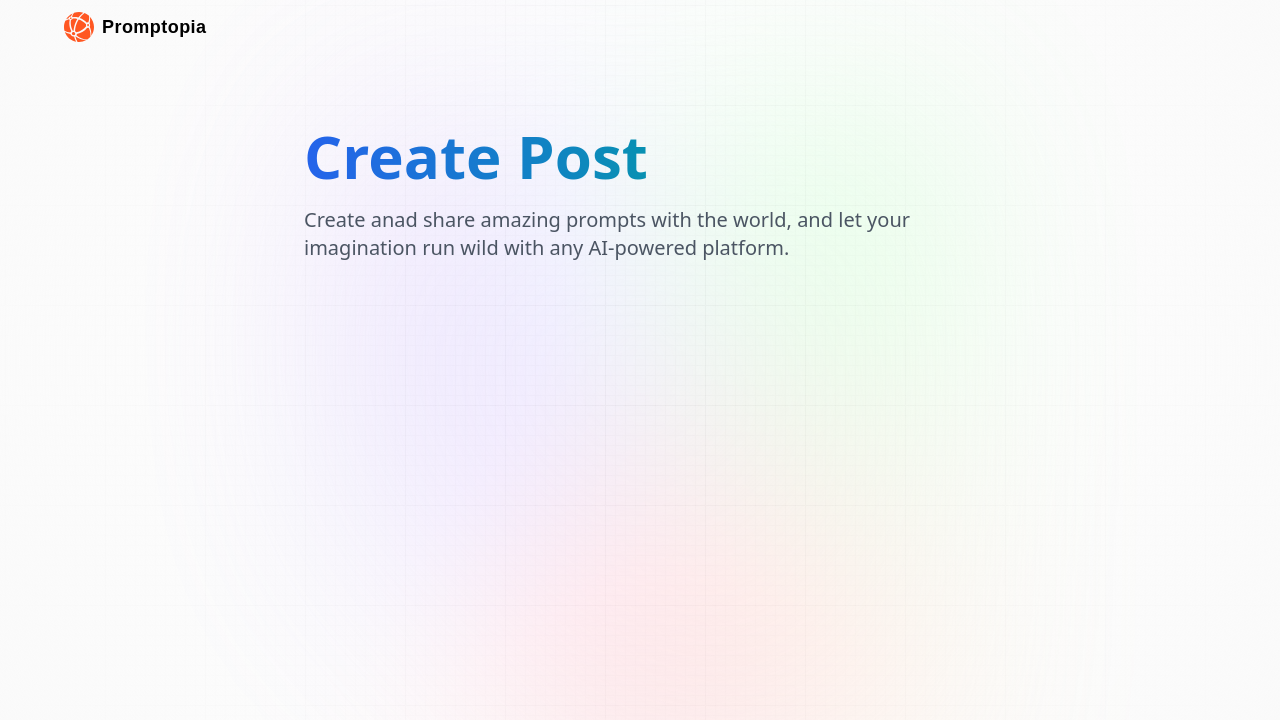
Repository: shraddesh123/promptAI
Page: /create-prompt
These files come from the project's save history. The page is drawn as it stood at one moment and after the next save; the edit follows.
The browser window is 1280 px wide. The pictures show the whole page.
The page's requests for data from a server got no answer. The project was rebuilt for these pictures with package versions that can differ from the ones it lists, and the page was loaded fresh each time. The framework's server and built-in components were replaced by stand-ins that run in the browser. No one was signed in, and anything a server would have sent is missing. Also part of the build but not shown: next.config.mjs.

Above is the page before, as saved 2024-08-02 18:18:20.

### app/layout.jsx

import "@styles/global.css";
import Nav from "@components/Nav";
import Provider from "@components/Provider";


export const metadata = {
    title: "Promptopia",
    description: "Discover & Share AI Prompts",
};
//we did not returning anything like other components
const RootLayout = ({ children }) => (
    <html lang='en'>
        <body>
            <Provider>
                <div className='main'>
                    <div className='gradient' />
                </div>
                <main className='app'>
                    <Nav />
                    {children}
                </main>
            </Provider>
        </body>
    </html>
);

export default RootLayout;

### app/create-prompt/page.jsx
"use client";
import { useState } from "react"
import { useSession } from "next-auth/react";
import { useRouter } from "next/router";

import Form from "@components/Form";


const CreatePrompt = () => {
    const [Submitting, setSubmitting] = useState(false);
    const [Post, setPost] = useState({
        prompt: '',
        tag: '',
    });
    const createPrompt = async (e) => {

    }
    return (
        <div>
            <Form
                type="Create"
                post={Post}
                setPost={setPost}
                Submitting={Submitting}
                handleSubmit={createPrompt}
            />
        </div>
    )
}

export default CreatePrompt

### styles/global.css
@import url("https://fonts.googleapis.com/css2?family=Inter:wght@100;200;300;400;500;600;700;800;900&display=swap");

@tailwind base;
@tailwind components;
@tailwind utilities;

/*
  Note: The styles for this gradient grid background is heavily inspired by the creator of this amazing site (https://dub.sh) – all credits go to them!
*/

.main {
  width: 100vw;
  min-height: 100vh;
  position: fixed;
  display: flex;
  justify-content: center;
  padding: 120px 24px 160px 24px;
  pointer-events: none;
}

.main:before {
  background: radial-gradient(circle, rgba(2, 0, 36, 0) 0, #fafafa 100%);
  position: absolute;
  content: "";
  z-index: 2;
  width: 100%;
  height: 100%;
  top: 0;
}

.main:after {
  content: "";
  background-image: url("/assets/images/grid.svg");
  z-index: 1;
  position: absolute;
  width: 100%;
  height: 100%;
  top: 0;
  opacity: 0.4;
  filter: invert(1);
}

.gradient {
  height: fit-content;
  z-index: 3;
  width: 100%;
  max-width: 640px;
  background-image: radial-gradient(
      at 27% 37%,
      hsla(215, 98%, 61%, 1) 0px,
      transparent 0%
    ),
    radial-gradient(at 97% 21%, hsla(125, 98%, 72%, 1) 0px, transparent 50%),
    radial-gradient(at 52% 99%, hsla(354, 98%, 61%, 1) 0px, transparent 50%),
    radial-gradient(at 10% 29%, hsla(256, 96%, 67%, 1) 0px, transparent 50%),
    radial-gradient(at 97% 96%, hsla(38, 60%, 74%, 1) 0px, transparent 50%),
    radial-gradient(at 33% 50%, hsla(222, 67%, 73%, 1) 0px, transparent 50%),
    radial-gradient(at 79% 53%, hsla(343, 68%, 79%, 1) 0px, transparent 50%);
  position: absolute;
  content: "";
  width: 100%;
  height: 100%;
  filter: blur(100px) saturate(150%);
  top: 80px;
  opacity: 0.15;
}

@media screen and (max-width: 640px) {
  .main {
    padding: 0;
  }
}

/* Tailwind Styles */

.app {
  @apply relative z-10 flex justify-center items-center flex-col max-w-7xl mx-auto sm:px-16 px-6;
}

.black_btn {
  @apply rounded-full border border-black bg-red-500 py-1.5 px-5 text-white transition-all hover:bg-white hover:text-black text-center text-sm font-inter flex items-center justify-center;
}

.outline_btn {
  @apply rounded-full border border-black bg-transparent py-1.5 px-5 text-black transition-all hover:bg-black hover:text-white text-center text-sm font-inter flex items-center justify-center;
}

.head_text {
  @apply mt-5 text-5xl font-extrabold leading-[1.15] text-black sm:text-6xl;
}

.orange_gradient {
  @apply bg-gradient-to-r from-amber-500 via-orange-600 to-yellow-500 bg-clip-text text-transparent;
}

.green_gradient {
  @apply bg-gradient-to-r from-green-400 to-green-500 bg-clip-text text-transparent;
}

.blue_gradient {
  @apply bg-gradient-to-r from-blue-600 to-cyan-600 bg-clip-text text-transparent;
}

.desc {
  @apply mt-5 text-lg text-gray-600 sm:text-xl max-w-2xl;
}

.search_input {
  @apply block w-full rounded-md border border-gray-200 bg-white py-2.5 font-satoshi pl-5 pr-12 text-sm shadow-lg font-medium focus:border-black focus:outline-none focus:ring-0;
}

.copy_btn {
  @apply w-7 h-7 rounded-full bg-white/10 shadow-[inset_10px_-50px_94px_0_rgb(199,199,199,0.2)] backdrop-blur flex justify-center items-center cursor-pointer;
}

.glassmorphism {
  @apply rounded-xl border border-gray-200 bg-white/20 shadow-[inset_10px_-50px_94px_0_rgb(199,199,199,0.2)] backdrop-blur p-5;
}

.prompt_layout {
  @apply space-y-6 py-8 sm:columns-2 sm:gap-6 xl:columns-3;
}

/* Feed Component */
.feed {
  @apply mt-16 mx-auto w-full max-w-xl flex justify-center items-center flex-col gap-2;
}

/* Form Component */
.form_textarea {
  @apply w-full flex rounded-lg h-[200px] mt-2 p-3 text-sm text-gray-500 outline-0;
}

.form_input {
  @apply w-full flex rounded-lg mt-2 p-3 text-sm text-gray-500 outline-0;
}

/* Nav Component */
.logo_text {
  @apply max-sm:hidden font-satoshi font-semibold text-lg text-black tracking-wide;
}

.dropdown {
  @apply absolute right-0 top-full mt-3 w-full p-5 rounded-lg bg-white min-w-[210px] flex flex-col gap-2 justify-end items-end;
}

.dropdown_link {
  @apply text-sm font-inter text-gray-700 hover:text-gray-500 font-medium;
}

/* PromptCard Component */
.prompt_card {
  @apply flex-1 break-inside-avoid rounded-lg border border-gray-300 bg-white/20 bg-clip-padding p-6 pb-4 backdrop-blur-lg backdrop-filter md:w-[360px] w-full h-fit;
}

.flex-center {
  @apply flex justify-center items-center;
}

.flex-start {
  @apply flex justify-start items-start;
}

.flex-end {
  @apply flex justify-end items-center;
}

.flex-between {
  @apply flex justify-between items-center;
}

### components/Nav.jsx
"use client";
import Link from "next/link"
import Image from "next/image"
import { useState, useEffect } from "react"
import { signIn, signOut, useSession, getProviders } from 'next-auth/react'


const Nav = () => {

    const { data: session } = useSession();
    const [providers, setProviders] = useState(null);
    const [toggleDropdown, setToggleDropdown] = useState(false);

    useEffect(() => {//functional component to fetch the available authentication providers from the next-auth library
        const setUpProviders = async () => {
            const res = await getProviders();//the getProviders function is called and the result is stored in the res variable.
            setProviders(res);
            // The setProviders function is then called with the res variable to update the providers state variable.
        }
        setUpProviders();
    }, []);


    return (
        <nav className="flex-between w-full mb-16 pt-3">
            <Link
                href="/"
                className="flex gap-2 flex-center">

                <Image
                    src="/assets/images/logo.svg"
                    width={30}
                    height={30}
                    className="object-contain"
                    alt="logo"
                />

                <p className="logo_text">Promptopia</p>

            </Link>
            {/*desktop navigation*/}
            <div className="sm:flex hidden">
                {session?.user ? (
                    <div className="flex gap-3 md:gap-5">
                        <Link
                            href="/create-prompt"
                            className="black_btn"
                        >
                            Create Post
                        </Link>
                        <button
                            type="button"
                            onClick={signOut}
                            className="outline_btn">
                            Sign Out
                        </button>
                        <Link href="/profile">
                            <Image
                                src={session?.user.image}
                                width={37}
                                height={37}
                                className="rounded-full"
                                alt="profile"
                            />
                        </Link>
                    </div>
                ) : (
                    <>
                        {providers &&
                            Object.values(providers).map((provider) => (
                                <button
                                    type='button'
                                    key={provider.name}
                                    onClick={() => {
                                        signIn(provider.id);
                                    }}
                                    className='black_btn'
                                >
                                    Sign In
                                </button>
                            ))}
                    </>
                )}
            </div>
            {/*mobile navigation*/}
            <div className="sm:hidden flex relative">
                {session?.user ? (
                    <div className="flex">
                        <Image
                            src={session?.user.image}
                            width={30}
                            height={30}
                            className="object-contain cursor-pointer"
                            alt="profile"
                            onClick={() => setToggleDropdown(!toggleDropdown)}//prev is a reference to the previous value of the toggleDropdown state variable.!prev expression is used to toggle the value of prev. If prev is true, !prev will be false, and vice versa.
                        />
                        {toggleDropdown && (
                            <div className="dropdown">
                                <Link
                                    href='/profile'
                                    className='dropdown_link'
                                    onClick={() => setToggleDropdown(false)}
                                >
                                    My Profile
                                </Link>
                                <Link
                                    href='/create-prompt'
                                    className='dropdown_link'
                                    onClick={() => setToggleDropdown(false)}
                                >
                                    Create Post
                                </Link>
                                <button
                                    type="button"
                                    onClick={() => {
                                        setToggleDropdown(false);
                                        signOut();
                                    }}
                                    className="mt-5 w-full black_btn"
                                >
                                    Sign Out
                                </button>
                            </div>
                        )}
                    </div>
                )
                    :
                    (
                        <>
                            {providers &&
                                Object.values(providers).map((provider) => (
                                    <button
                                        type='button'
                                        key={provider.name}
                                        onClick={() => {
                                            signIn(provider.id);
                                        }}
                                        className='black_btn'
                                    >
                                        Sign in
                                    </button>
                                ))}
                        </>
                    )}
            </div>
        </nav>
    )
}

export default Nav

### components/Provider.jsx
"use client";
import { SessionProvider } from 'next-auth/react'

const Provider = ({ children, session }) => {

  return (
    <SessionProvider session={session}>
      {children}
    </SessionProvider>
  )
}

export default Provider

### components/Form.jsx
import Link from "next/link"

const Form = ({ type, post, setPost, Submitting, handleSubmit }) => {
  return (
    <section className="w-full max-w-full flex-start flex-col">
      <h1 className="head_text text-left "> <span className="blue_gradient">{type} Post</span></h1>
      <p className="desc text-left max-w-md">
        {type} anad share amazing prompts with the world, and let your imagination run wild with any AI-powered platform.
      </p>
    </section>
  )
}

export default Form

Loaded but not shown: tailwind.config.js (common file)

After the next save:
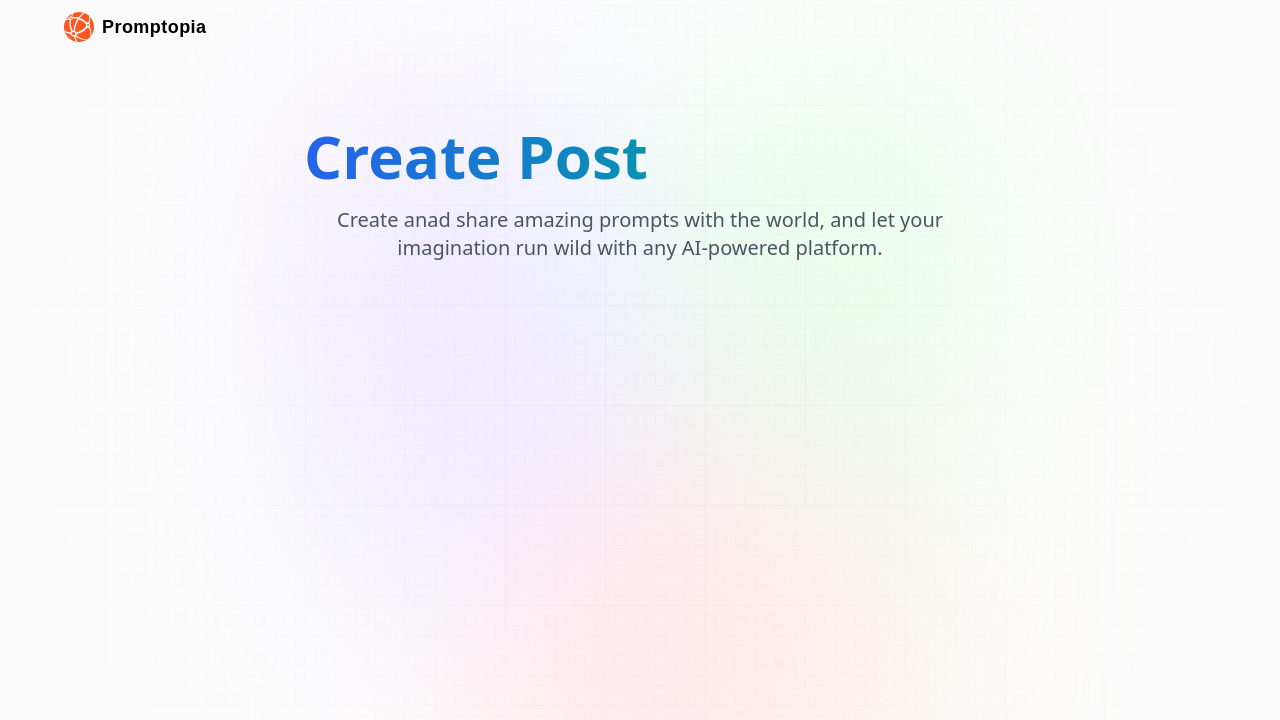
Saved 14 s later.
--- a/components/Form.jsx
+++ b/components/Form.jsx
@@ -4,7 +4,7 @@
   return (
     <section className="w-full max-w-full flex-start flex-col">
       <h1 className="head_text text-left "> <span className="blue_gradient">{type} Post</span></h1>
-      <p className="desc text-left max-w-md">
+      <p className="desc text-center max-w-md">
         {type} anad share amazing prompts with the world, and let your imagination run wild with any AI-powered platform.
       </p>
     </section>

After the save that followed:
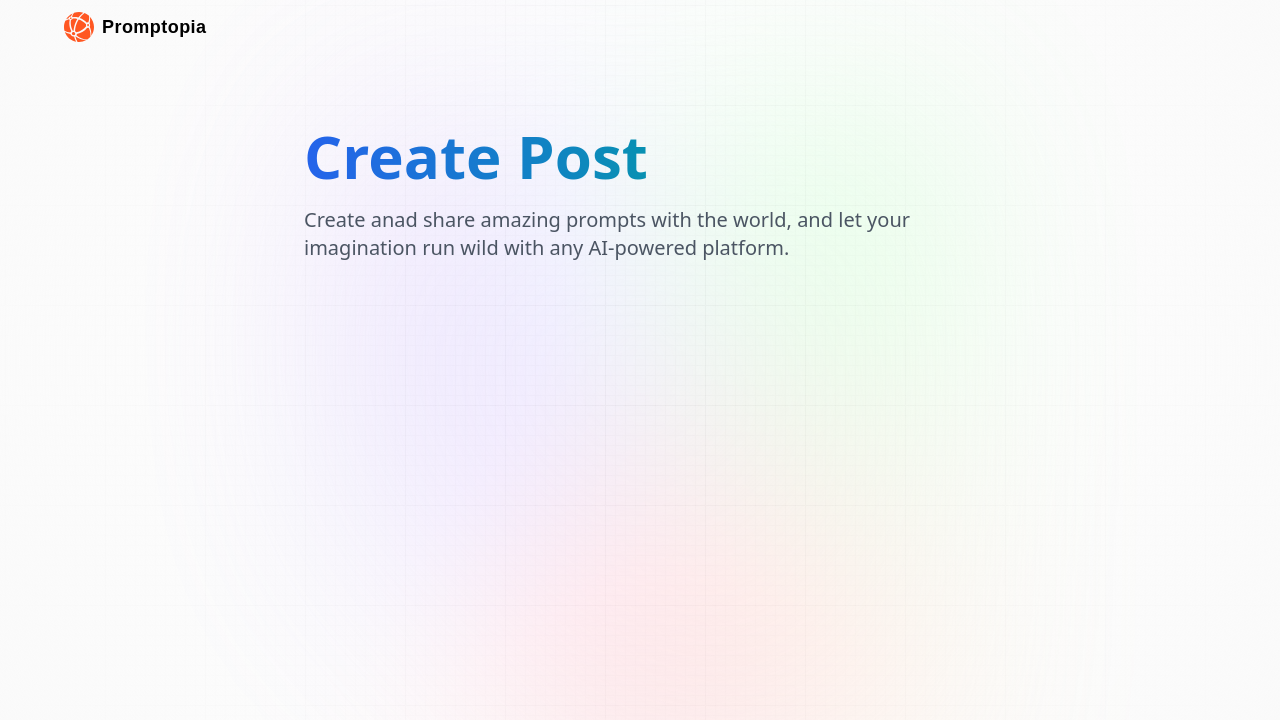
Saved 4 s later.
--- a/components/Form.jsx
+++ b/components/Form.jsx
@@ -4,7 +4,7 @@
   return (
     <section className="w-full max-w-full flex-start flex-col">
       <h1 className="head_text text-left "> <span className="blue_gradient">{type} Post</span></h1>
-      <p className="desc text-center max-w-md">
+      <p className="desc text-left max-w-md">
         {type} anad share amazing prompts with the world, and let your imagination run wild with any AI-powered platform.
       </p>
     </section>
